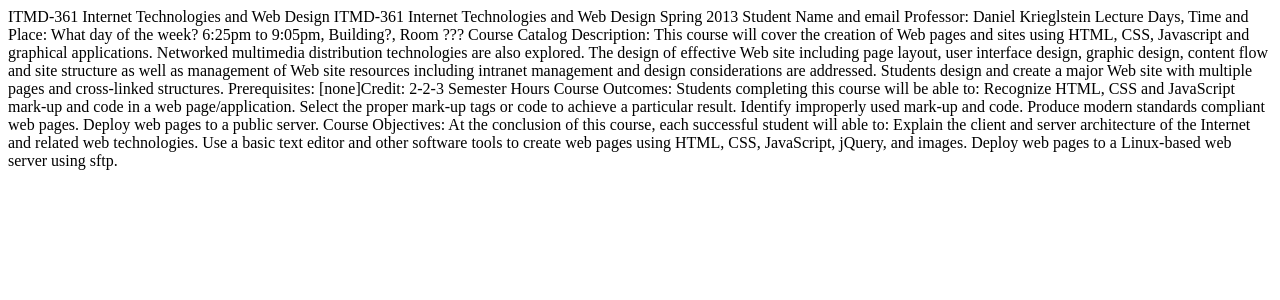
Repository: rishondass/ITMD361-Lab2
Page: lab2raw_text.html
These files come from the project's save history. The page is drawn as it stood at one moment and after a run of saves; the edit follows.
The browser window is 1280 px wide. The pictures show the whole page.

Above is the page before, as saved 2023-01-13 14:04:00.

After the next 2 saves:
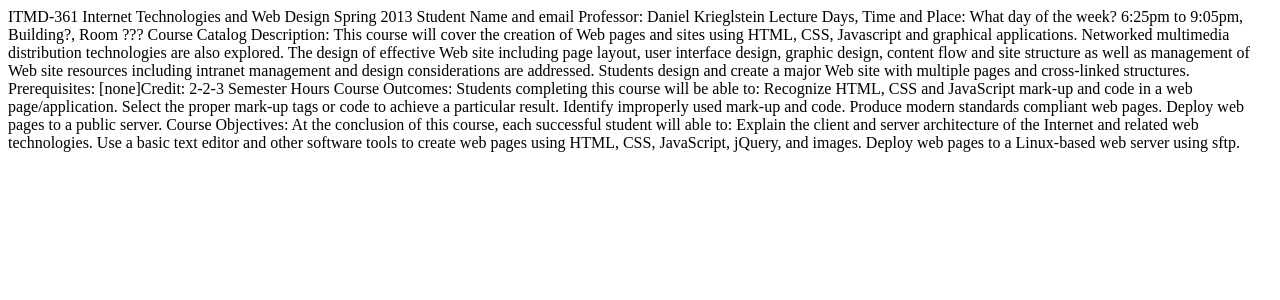
The 2 saves are shown as one change because they came seconds apart.
The last was saved 21 s later.
--- a/lab2raw_text.html
+++ b/lab2raw_text.html
@@ -4,13 +4,13 @@
     <meta charset="UTF-8">
     <meta http-equiv="X-UA-Compatible" content="IE=edge">
     <meta name="viewport" content="width=device-width, initial-scale=1.0">
-    <title>Document</title>
+    <title>ITMD-361 Internet Technologies and Web Design</title>
 </head>
 <body>
 
 </body>
 </html>
-ITMD-361 Internet Technologies and Web Design
+
 ITMD-361 Internet Technologies and Web Design
 Spring 2013
 Student Name and email
